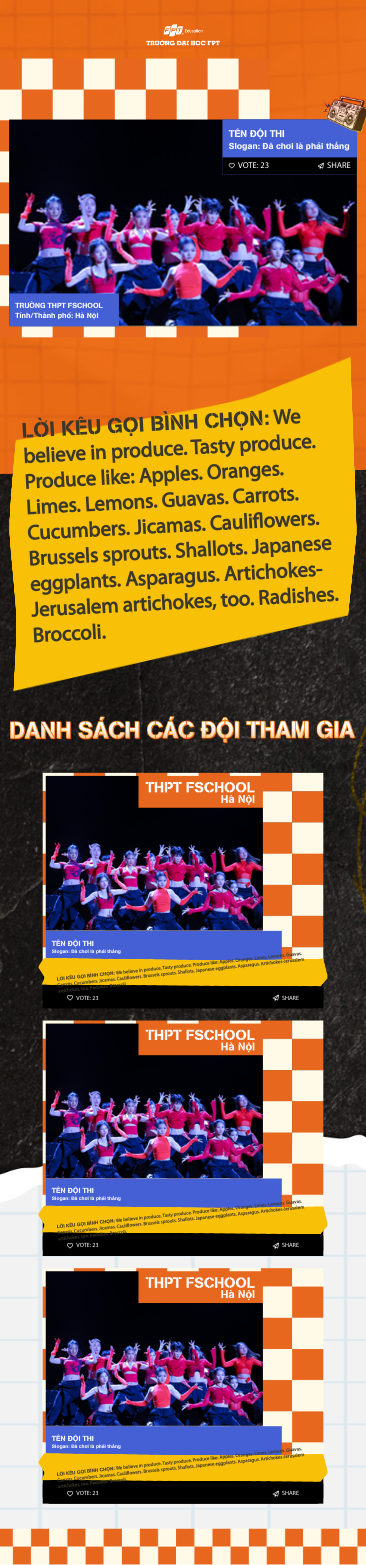
Repository: dinhtri123/hola_fpt
Page: detail.html
These files come from the project's save history. The page is drawn as it stood at one moment and after the next save; the edit follows.
The browser window is 600 px wide. The pictures show the whole page, at 61% of full size.

Above is the page before, as saved 2025-01-04 23:17:35.

### detail.html
<!DOCTYPE html>
<html lang="en">

<head>
  <meta charset="UTF-8">
  <meta name="viewport" content="width=device-width, initial-scale=1.0">
  <title>Detail</title>
  <link rel="stylesheet" href="styles.css">
  <link rel="stylesheet" href="https://cdnjs.cloudflare.com/ajax/libs/font-awesome/6.7.2/css/all.min.css"
    integrity="sha512-Evv84Mr4kqVGRNSgIGL/F/aIDqQb7xQ2vcrdIwxfjThSH8CSR7PBEakCr51Ck+w+/U6swU2Im1vVX0SVk9ABhg=="
    crossorigin="anonymous" referrerpolicy="no-referrer" />
</head>

<body>
  <section class="detail">
    <img src="./images/detail-bg.png" class="detail-bg" alt="">
    <div class="container">
      <a href="#" class="detail-logo">
        <img src="./images/logo.png" alt="">
      </a>
      <div class="detail-top">
        <div class="detail-top-left">
          <img src="./images/detail-img1.png" class="detail-top-left-bg" alt="">
          <img src="./images/detail-img.png" class="detail-top-left-img" alt="">
          <span>
            <h3>TRƯỜNG THPT FSCHOOL</h3>
            <P>Tỉnh/Thành phố: Hà Nội</P>
          </span>
        </div>
        <div class="detail-top-right">
          <img src="./images/detail-img2.png" alt="">
          <div class="detail-top-right-content">
            <h3>Tên Đội Thi</h3>
            <p>Slogan: Đã chơi là phải thắng</p>
          </div>
          <div class="news-item-action">
            <div class="vote">
              <i class="fa-regular fa-heart"></i>
              <span>VOTE: 23</span>
            </div>
            <div class="share">
              <i class="fa-regular fa-paper-plane"></i>
              SHARE
            </div>
          </div>
        </div>
      </div>
      <div class="news-item-desc">
        <p><b>Lời kêu gọi bình chọn:</b> We believe in produce. Tasty produce. Produce like: Apples. Oranges.
          Limes. Lemons. Guavas. Carrots. Cucumbers. Jicamas. Cauliflowers. Brussels sprouts. Shallots. Japanese
          eggplants. Asparagus.
          Artichokes-Jerusalem artichokes, too. Radishes. Broccoli.</p>
      </div>
      <div class="detail-list">
        <h2>
          <img src="./images/detail-title.png" alt="">
        </h2>
        <div class="detail-list-content">
          <div class="news-item">
            <div class="news-item-top">
              <img src="./images/news-bg.png" class="news-item-bg" alt="">
              <div class="news-item-img">
                <img src="./images/news-img.png" alt="">
                <div class="news-top-content">
                  <h3>Tên đội thi</h3>
                  <p>Slogan: Đã chơi là phải thắng</p>
                </div>
              </div>
            </div>
            <div class="news-item-bottom">
              <div class="news-item-desc">
                <p><b>Lời kêu gọi bình chọn:</b> We believe in produce. Tasty produce. Produce like: Apples. Oranges.
                  Limes. Lemons. Guavas. Carrots. Cucumbers. Jicamas. Cauliflowers. Brussels sprouts. Shallots. Japanese
                  eggplants. Asparagus.
                  Artichokes-Jerusalem artichokes, too. Radishes. Broccoli.</p>
              </div>
              <div class="news-item-action">
                <div class="vote">
                  <i class="fa-regular fa-heart"></i>
                  <span>VOTE: 23</span>
                </div>
                <div class="share">
                  <i class="fa-regular fa-paper-plane"></i>
                  SHARE
                </div>
              </div>
            </div>
          </div>
          <div class="news-item">
            <div class="news-item-top">
              <img src="./images/news-bg.png" class="news-item-bg" alt="">
              <div class="news-item-img">
                <img src="./images/news-img.png" alt="">
                <div class="news-top-content">
                  <h3>Tên đội thi</h3>
                  <p>Slogan: Đã chơi là phải thắng</p>
                </div>
              </div>
            </div>
            <div class="news-item-bottom">
              <div class="news-item-desc">
                <p><b>Lời kêu gọi bình chọn:</b> We believe in produce. Tasty produce. Produce like: Apples. Oranges.
                  Limes. Lemons. Guavas. Carrots. Cucumbers. Jicamas. Cauliflowers. Brussels sprouts. Shallots. Japanese
                  eggplants. Asparagus.
                  Artichokes-Jerusalem artichokes, too. Radishes. Broccoli.</p>
              </div>
              <div class="news-item-action">
                <div class="vote">
                  <i class="fa-regular fa-heart"></i>
                  <span>VOTE: 23</span>
                </div>
                <div class="share">
                  <i class="fa-regular fa-paper-plane"></i>
                  SHARE
                </div>
              </div>
            </div>
          </div>
          <div class="news-item">
            <div class="news-item-top">
              <img src="./images/news-bg.png" class="news-item-bg" alt="">
              <div class="news-item-img">
                <img src="./images/news-img.png" alt="">
                <div class="news-top-content">
                  <h3>Tên đội thi</h3>
                  <p>Slogan: Đã chơi là phải thắng</p>
                </div>
              </div>
            </div>
            <div class="news-item-bottom">
              <div class="news-item-desc">
                <p><b>Lời kêu gọi bình chọn:</b> We believe in produce. Tasty produce. Produce like: Apples. Oranges.
                  Limes. Lemons. Guavas. Carrots. Cucumbers. Jicamas. Cauliflowers. Brussels sprouts. Shallots. Japanese
                  eggplants. Asparagus.
                  Artichokes-Jerusalem artichokes, too. Radishes. Broccoli.</p>
              </div>
              <div class="news-item-action">
                <div class="vote">
                  <i class="fa-regular fa-heart"></i>
                  <span>VOTE: 23</span>
                </div>
                <div class="share">
                  <i class="fa-regular fa-paper-plane"></i>
                  SHARE
                </div>
              </div>
            </div>
          </div>
        </div>
      </div>
    </div>
  </section>
</body>

</html>

### styles.css
@font-face {
  font-family: "Myriad Pro";
  src: url("./fonts/MYRIADPRO-REGULAR.ttf") format("truetype");
}
@font-face {
  font-family: "SFUAGBuchStencilBQMedium";
  src: url("./fonts/SFUAGBuchStencilBQMedium.ttf") format("truetype");
  font-weight: normal;
  font-style: normal;
}
:root {
  --font-primary: "SFUAGBuchStencilBQMedium", sans-serif;
  --font-secondary: "Myriad Pro", sans-serif;
  --cl-white: #fff;
}
* {
  box-sizing: border-box;
  padding: 0;
  margin: 0;
}
body {
  font-family: var(--font-primary);
  font-size: 16px;
  font-weight: 400;
}
.container {
  max-width: 1630px;
  padding-left: 15px;
  padding-right: 15px;
  margin: 0px auto;
}
.sm {
  display: none !important;
}
.md {
  display: flex !important;
}
img {
  max-width: 100%;
  height: auto;
  object-fit: cover;
}
.intro > div {
  position: relative;
}
.intro-top {
  z-index: 1;
}
.intro-bg {
  position: absolute;
  width: 100%;
  height: 100%;
  top: 0;
  left: 0;
  z-index: -1;
  object-position: bottom;
}
.intro-inner {
  padding-top: 50px;
  text-align: center;
  z-index: 1;
}
.intro-logo {
  max-width: 280px;
}
.intro-title {
  margin-top: 30px;
}
.intro-title-small {
  margin-top: -60px;
  z-index: -1;
  position: relative;
}
.intro-btn {
  background: linear-gradient(to right, #e24103, #e66715);
  border-radius: 50px;
  border: 2px solid var(--cl-white);
  font-size: 54px;
  padding: 10px 100px 15px;
  color: var(--cl-white);
  text-transform: uppercase;
  font-family: var(--font-primary);
  line-height: 1;
  width: max-content;
  min-height: 80px;
  transform: translateY(30px);
}
.intro-bottom {
  padding-top: 180px;
  margin-top: -80px;
  text-align: center;
  padding-bottom: 100px;
}
.intro-bottom-desc {
  position: relative;
  padding: 220px 120px;
}
.intro-bottom-desc img {
  position: absolute;
  top: 0;
  left: 0;
  width: 100%;
  height: 100%;
  z-index: -1;
  object-fit: contain;
}
.intro-bottom-desc p {
  padding: 100px 50px;
  background: rgba(0, 0, 0, 0.5);
  color: var(--cl-white);
  font-family: var(--font-secondary);
  font-size: 30px;
  line-height: 1.4;
}
.intro-bottom .intro-btn {
  margin-top: -50px;
  transform: translateY(-40px);
}
/* reward */
.reward {
  position: relative;
}
.reward-bg {
  position: absolute;
  top: 0;
  left: 0;
  width: 100%;
  height: 100%;
}
.reward-inner {
  padding: 100px 0px;
  position: relative;
}
.time {
  position: relative;
  padding: 100px 0px 40px;
}
.time-bg {
  position: absolute;
  top: 0;
  left: 0;
  width: 100%;
  height: 100%;
  z-index: -1;
  object-position: bottom;
}
.time h2 {
  text-align: center;
  margin-top: 80px;
  margin-bottom: 50px;
}
.time-search {
  max-width: 80%;
  width: 100%;
  position: relative;
  min-height: 70px;
  padding: 10px;
  display: flex;
  align-items: center;
  border: 2px solid #f15a24;
  border-radius: 50px;
  margin: 0px auto;
}
.time-search input {
  flex: 1;
  width: 100%;
  height: 100%;
  background: transparent;
  border: none;
  outline: none;
  min-height: inherit;
  padding: 5px 20px;
  font-family: var(--font-secondary);
  font-size: 30px;
  color: var(--cl-white);
}
.time-search input::placeholder {
  color: var(--cl-white);
}
.time-search span {
  display: flex;
  width: max-content;
  height: 100%;
  background: linear-gradient(to right, transparent, #5e321a);
  align-items: center;
  min-height: inherit;
  padding: 5px 30px;
  text-transform: uppercase;
  color: var(--cl-white);
  font-size: 30px;
  border-radius: 50px;
  cursor: pointer;
}
.footer {
  margin-top: 100px;
}
.footer-top {
  display: flex;
  justify-content: space-between;
  align-items: flex-end;
  border-bottom: 1px solid var(--cl-white);
  padding: 10px 0px;
}
.footer-top p {
  font-family: var(--font-secondary);
  font-size: 24px;
  color: var(--cl-white);
}
.footer-social {
  display: flex;
  gap: 10px;
  align-items: center;
}
.footer-social a {
  width: 60px;
  height: 60px;
  border-radius: 8px;
  background-color: #f37021;
  color: var(--cl-white);
  display: flex;
  align-items: center;
  justify-content: center;
  text-decoration: none;
}
.footer-social a i {
  font-size: 24px;
}
.footer-main {
  margin-top: 50px;
  text-align: center;
  color: var(--cl-white);
  font-family: var(--font-secondary);
}
.footer-logo {
  margin-bottom: 20px;
  display: block;
}
.footer address {
  font-size: 28px;
  margin-bottom: 5px;
}
.footer-main a {
  display: block;
  text-align: center;
  color: var(--cl-white);
  text-decoration: none;
  font-size: 24px;
  margin: 0px auto 5px;
  width: fit-content;
}
.news-list {
  display: grid;
  grid-template-columns: repeat(3, 1fr);
  justify-content: space-between;
  margin-top: 100px;
  gap: 50px;
  padding-bottom: 50px;
}
.news-item {
  max-width: 460px;
}
.news-item-top {
  position: relative;
  padding: 52px;
}
.news-item-bg {
  position: absolute;
  z-index: -1;
  top: 0;
  left: 0;
  width: 100%;
}
.news-top-content {
  background-color: #4460d4;
  color: var(--cl-white);
  padding: 18px;
  width: 86%;
  transform: translateY(-4px);
}
.news-top-content h3 {
  font-size: 32px;
  text-transform: uppercase;
  font-weight: 500;
}
.news-top-content p {
  font-size: 16px;
  font-weight: 500;
}
.news-item-bottom {
  background: #000;
  margin-top: -5px;
  color: var(--cl-white);
  border-bottom-left-radius: 12px;
  border-bottom-right-radius: 10px;
}
.news-item-desc {
  position: relative;
  transform: translateY(-25px);
}
.news-item-desc::before {
  content: "";
  position: absolute;
  top: 0;
  left: 0;
  background-image: url("./images/news-img2.png");
  background-repeat: no-repeat;
  width: 100%;
  height: 100%;
  background-size: 100% 100%;
  transform: scaleX(1.03) scaleY(1.5);
}
.news-item-desc p {
  max-width: 80%;
  margin: 0px auto;
  z-index: 1;
  font-size: 12px;
  position: relative;
  padding: 5px 0px;
  transform: rotate(-4deg);
  font-weight: 600;
  font-family: var(--font-secondary);
  color: #3b382b;
}
.news-item-desc p b {
  font-family: var(--font-primary);
  text-transform: uppercase;
  font-weight: 500;
}
.news-item-action {
  display: flex;
  justify-content: space-between;
  align-items: center;
  max-width: 80%;
  margin: 0px auto;
  padding: 10px 0px;
  font-size: 20px;
  font-family: var(--font-secondary);
}
.news-item-action > div {
  display: flex;
  gap: 5px;
  align-items: center;
  cursor: pointer;
}
.news-item-action > div i {
  font-size: 22px;
}

/* detail */
.detail {
  position: relative;
  font-family: var(--font-primary);
  overflow-x: hidden;
}
.detail-bg {
  position: absolute;
  top: 0;
  left: 0;
  width: 100%;
  height: 100%;
  z-index: -1;
  object-position: top;
}
.detail-logo {
  max-width: 200px;
  margin: 0px auto 40px;
  display: flex;
  padding-top: 40px;
}
.detail-top {
  display: flex;
  gap: 20px;
  margin-top: 120px;
  position: relative;
}
.detail-top-left {
  flex: 1;
}
.detail-top-right {
  max-width: 450px;
  position: absolute;
  right: 0;
  color: var(--cl-white);
  background-color: #4460d4;
  width: 100%;
  height: max-content;
}
.detail-top-right > img {
  position: absolute;
  top: -100px;
  right: -40px;
  width: 180px;
}
.detail-top-right-content {
  background-color: #4460d4;
  padding: 20px;
}
.detail-top-right h3 {
  font-size: 40px;
  text-transform: uppercase;
  font-weight: 500;
}
.detail-top-right p {
  font-size: 16px;
}
.detail .news-item-action {
  background-color: #000;
  max-width: 100%;
  padding: 10px 40px;
}
.detail-top-left {
  position: relative;
}
.detail-top-left-bg {
  position: absolute;
  top: -100px;
  left: -30px;
  z-index: -1;
}
.detail-top-left span {
  position: absolute;
  bottom: 0;
  left: 0;
  background-color: #4460d4;
  padding: 20px;
  max-width: 400px;
  width: 100%;
  color: var(--cl-white);
}
.detail-top-left span h3 {
  text-transform: uppercase;
  font-weight: 500;
  font-size: 24px;
}
.detail-top-left-img {
  height: 100%;
}
.detail > div > .news-item-desc p {
  font-size: 34px;
  padding: 80px 0px;
  transform: rotate(-3deg);
}
.detail > div > .news-item-desc {
  transform: translate(0);
  margin-top: 50px;
}
.detail > div > .news-item-desc::before {
  background-image: url("./images/detailimg2.png");
  transform: scale(1);
}
.detail-list h2 {
  text-align: center;
  margin: 40px 0px;
}
.detail-list-content {
  display: grid;
  grid-template-columns: repeat(3, 1fr);
  gap: 20px;
}
.detail-list {
  padding-bottom: 100px;
}
@media screen and (max-width: 1280px) {
  .news-list {
    grid-template-columns: repeat(2, 1fr);
  }
  .detail-list-content {
    display: flex;
    justify-content: center;
    flex-wrap: wrap;
  }
}
@media screen and (max-width: 1024px) {
  .intro-bottom-desc {
    padding: 100px 20px;
  }
  .intro-bottom-desc p {
    padding: 50px;
  }
  .news-top-content h3 {
    font-size: 20px;
  }
  .news-item-top {
    padding: 40px;
  }
  .news-list {
    gap: 40px;
  }
  .footer {
    margin: 0;
  }
}
@media screen and (max-width: 767px) {
  .sm {
    display: flex !important;
  }
  .md {
    display: none !important;
  }
  .intro-btn {
    padding: 10px 20px;
    min-height: auto;
    font-size: 16px;
  }
  .intro-bottom-desc p {
    padding: 20px;
    font-size: 16px;
  }
  .intro-logo {
    max-width: 120px;
    margin: 0px auto;
    display: flex;
  }
  .intro-inner .intro-bg {
    object-position: top;
    object-fit: fill;
  }
  .intro-inner {
    padding-top: 40px;
  }
  .intro-title-small {
    display: none;
  }
  .intro-inner .intro-btn {
    transform: translateY(20px);
  }
  .intro-title {
    max-width: 90%;
    margin: 30px auto 0px;
  }
  .intro-bottom {
    padding-top: 130px;
  }
  .intro-bottom > div > img:nth-child(3) {
    max-width: 80%;
  }
  .intro-bottom-desc {
    padding: 0px;
  }
  /* .intro-bottom-desc img {
    transform: scale(1.1);
  } */
  .intro-bottom .intro-btn {
    margin-top: 10px;
    transform: translateY(0px);
  }
  .time {
    padding: 40px 0px;
  }
  .time h2 {
    margin: 40px 0px 20px;
  }
  .time-search {
    max-width: 100%;
    min-height: 40px;
    padding: 5px;
  }
  .time-search input {
    font-size: 16px;
  }
  .time-search span {
    font-size: 14px;
    padding: 5px 10px;
    gap: 5px;
  }
  .time-search input {
    font-size: 16px;
    padding: 0px 10px;
  }
  .news-list {
    gap: 15px;
  }
  .news-item-top {
    padding: 5px;
  }
  .news-top-content {
    padding: 10px;
  }
  .news-top-content h3 {
    font-size: 12px;
  }
  .news-top-content p {
    font-size: 8px;
    font-weight: 500;
  }
  .news-item-desc p {
    font-size: 8px;
    max-width: 90%;
    transform: rotate(-8deg);
  }
  .news-item-desc::before {
    transform: scaleX(1.03) scaleY(1.4);
  }
  .news-item-action,
  .news-item-action > div i {
    font-size: 10px;
  }
  .news-item-bg {
    height: 100%;
  }
  .news-item-desc {
    transform: translateY(-6px) rotate(2deg);
  }
  .news-list {
    position: relative;
    padding-bottom: 80px;
    margin-top: 40px;
  }
  .news-list::before {
    content: "";
    position: absolute;
    top: 100px;
    left: -15px;
    background-image: url(./images/news-list-bg.png);
    background-repeat: no-repeat;
    background-size: cover;
    width: calc(100% + 30px);
    height: 95%;
    z-index: -1;
  }
  .footer {
    margin-top: 40px;
  }
  .footer-top p {
    font-size: 12px;
    max-width: 50%;
  }
  .footer-social a {
    width: 30px;
    height: 30px;
    border-radius: 4px;
  }
  .footer-social a i {
    font-size: 14px;
  }
  .footer-logo {
    max-width: 120px;
  }
  .footer-main h3 {
    max-width: 80%;
    margin: 0px auto;
  }
  .footer address {
    font-size: 14px;
  }
  .footer-main a {
    font-size: 14px;
  }
  .footer-main {
    margin-top: 20px;
  }
  .detail-logo {
    max-width: 120px;
  }
  .detail-top-right h3 {
    font-size: 16px;
  }
  .detail-top-right p {
    font-size: 14px;
  }
  .detail .detail-top-right .news-item-action {
    font-size: 14px;
    padding: 5px 10px;
  }
  .detail-top-right {
    max-width: 220px;
  }
  .detail-top-right-content {
    padding: 10px;
  }
  .detail-top-left span {
    max-width: 180px;
    padding: 10px;
  }
  .detail-top-left span h3 {
    font-size: 12px;
  }
  .detail-top-left span p {
    font-size: 12px;
  }
  .detail-top-right > img {
    position: absolute;
    top: -40px;
    right: -20px;
    width: 80px;
  }
}

After the next save:
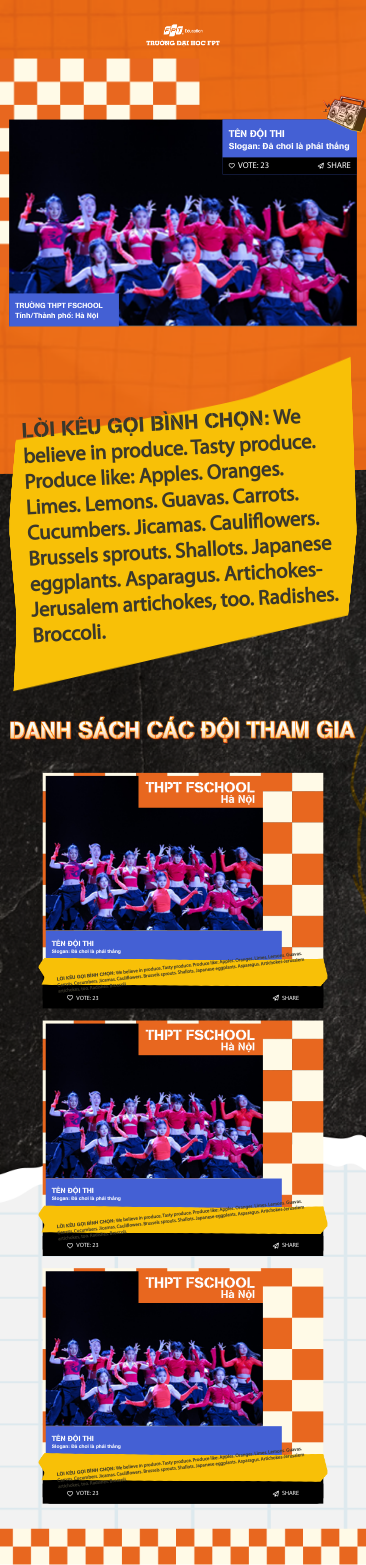
Saved 23 s later.
--- a/styles.css
+++ b/styles.css
@@ -684,4 +684,7 @@
     right: -20px;
     width: 80px;
   }
-}
+  .detail-top-left-bg {
+    max-width: 60%;
+  }
+}
